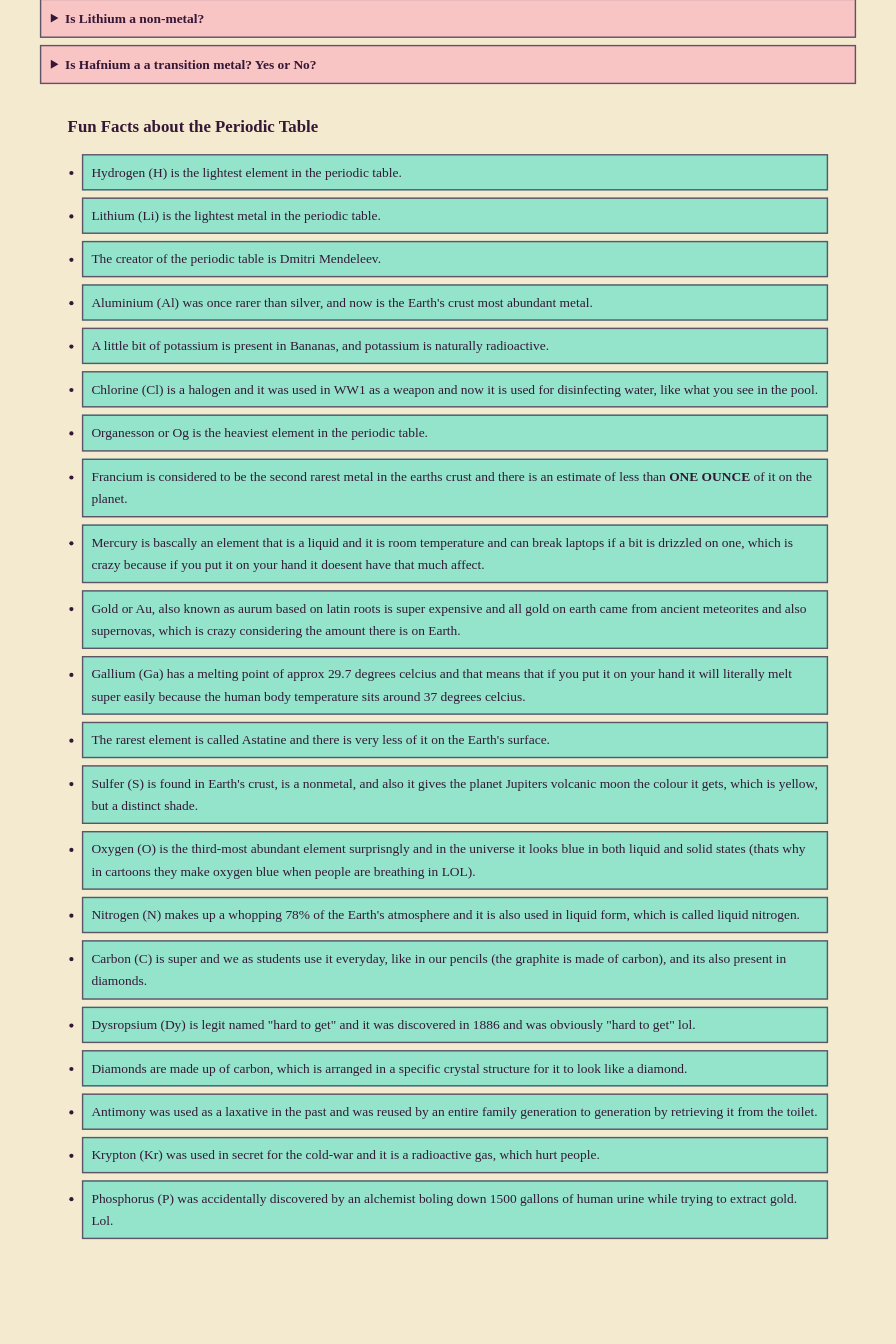
Repository: manayparikh1/Periodify
Page: index.html
These files come from the project's save history. The page is drawn as it stood at one moment and after the next save; the edit follows.
The browser window is 1280 px wide. The pictures show the part of the page from y = 1533 to 3453 px (the page is 3578 px tall before and 3574 px after), at 70% of full size.

Above is the page before, as saved 2026-10-19 22:47:20.

After the next save:
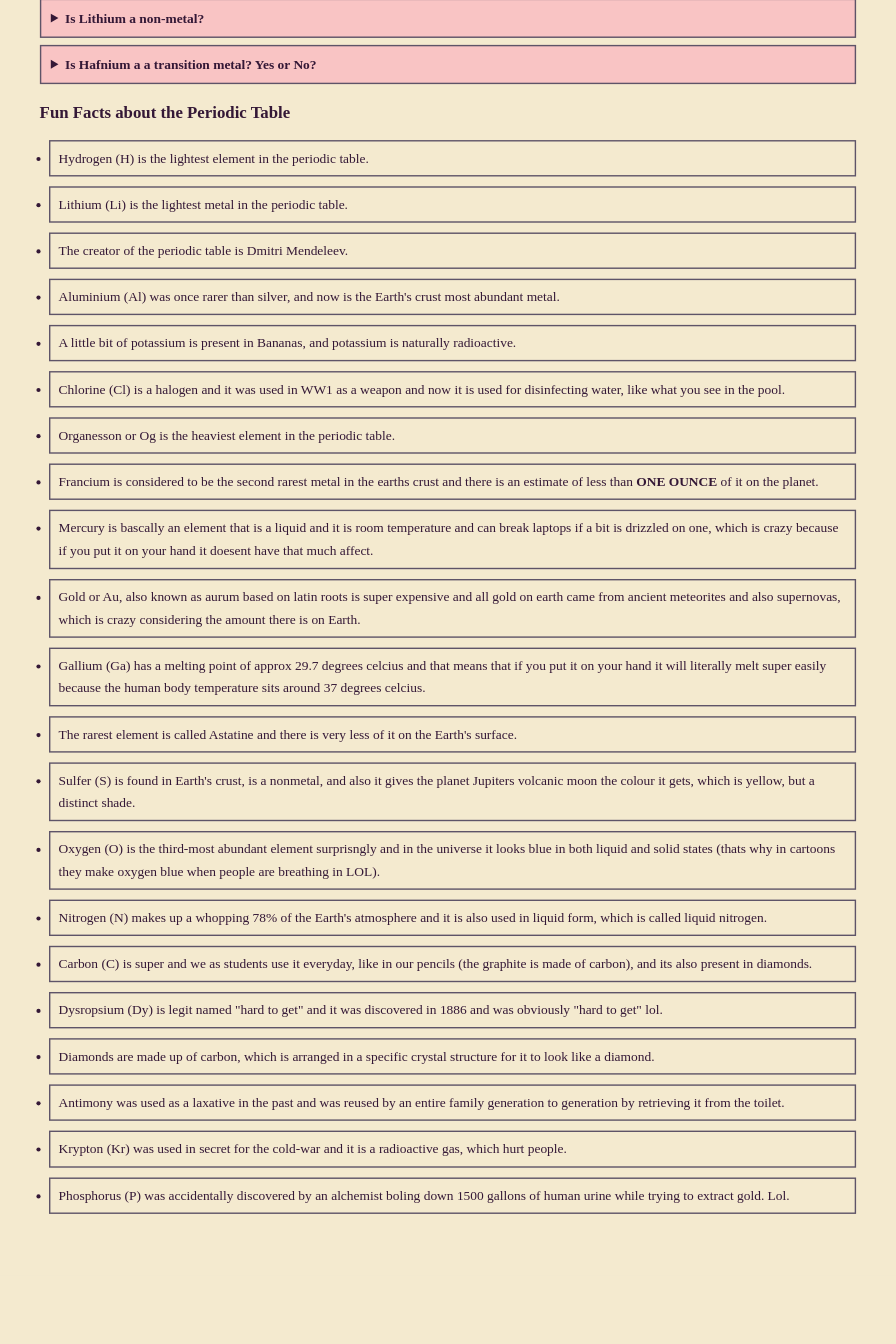
Saved 66 s later.
--- a/index.html
+++ b/index.html
@@ -476,19 +476,17 @@
                 /*js shows that its clickable*/
             }
 
-            .funfacts {
-                margin: 40px;
-            }
+            .funfacts {}
 
             .funfacts ul {
-                padding-left: 20px;
+                padding-left: 13px;
             }
 
             .funfacts li {
                 font-size: 1.2rem;
-                margin-bottom: 10px;
+                margin-bottom: 14px;
                 padding: 8px 12px;
-                background: var(--pt);
+                background: var(--);
                 border: 2px solid var(--main);
 
             }
